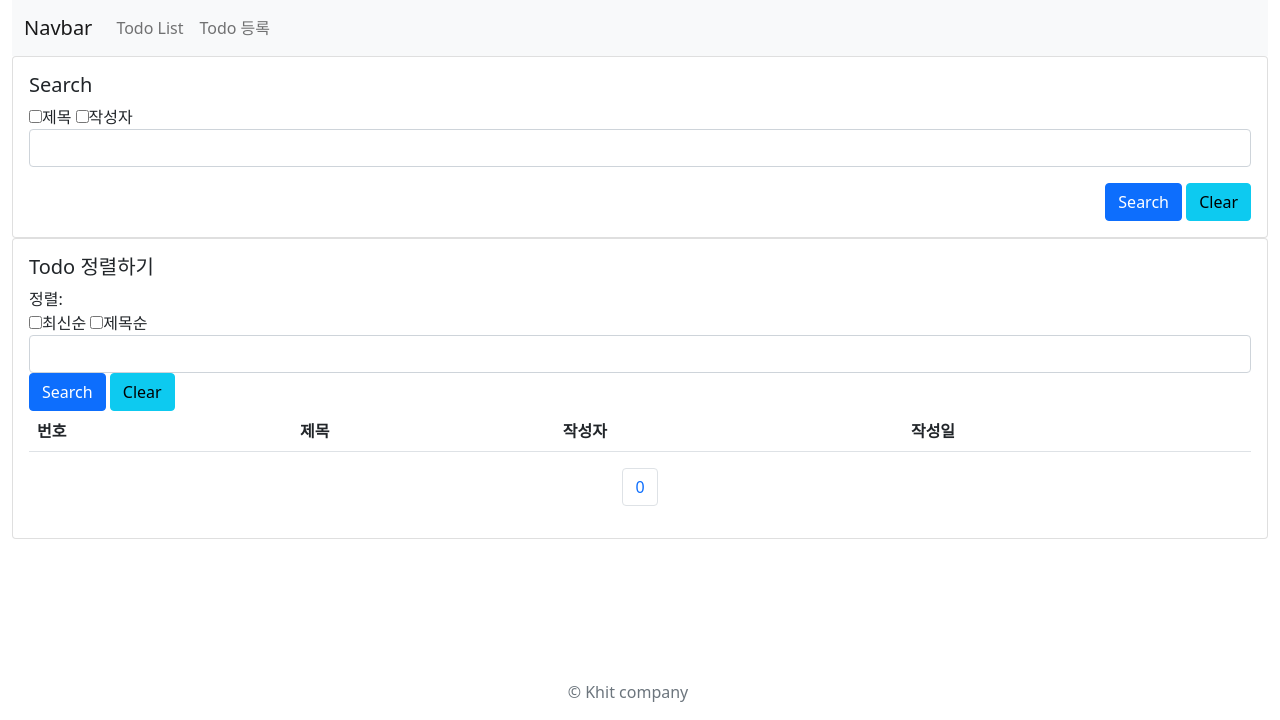
Repository: KyoungHwanJeong/springworks
Page: http://localhost/todoweb/WEB-INF/views/todo/list_sort.jsp
An editor plug-in stored every save of this project. The page is shown before and after the next save, followed by the edit.
The browser window is 1280 px wide. The pictures show the whole page.
The page is served by Tomcat 9. Nobody is signed in. The template is opened directly, without the code that normally fills it, so the values that code supplies are empty.

Above is the page before, as saved 2024-01-10 03:21:16.

After the next save:
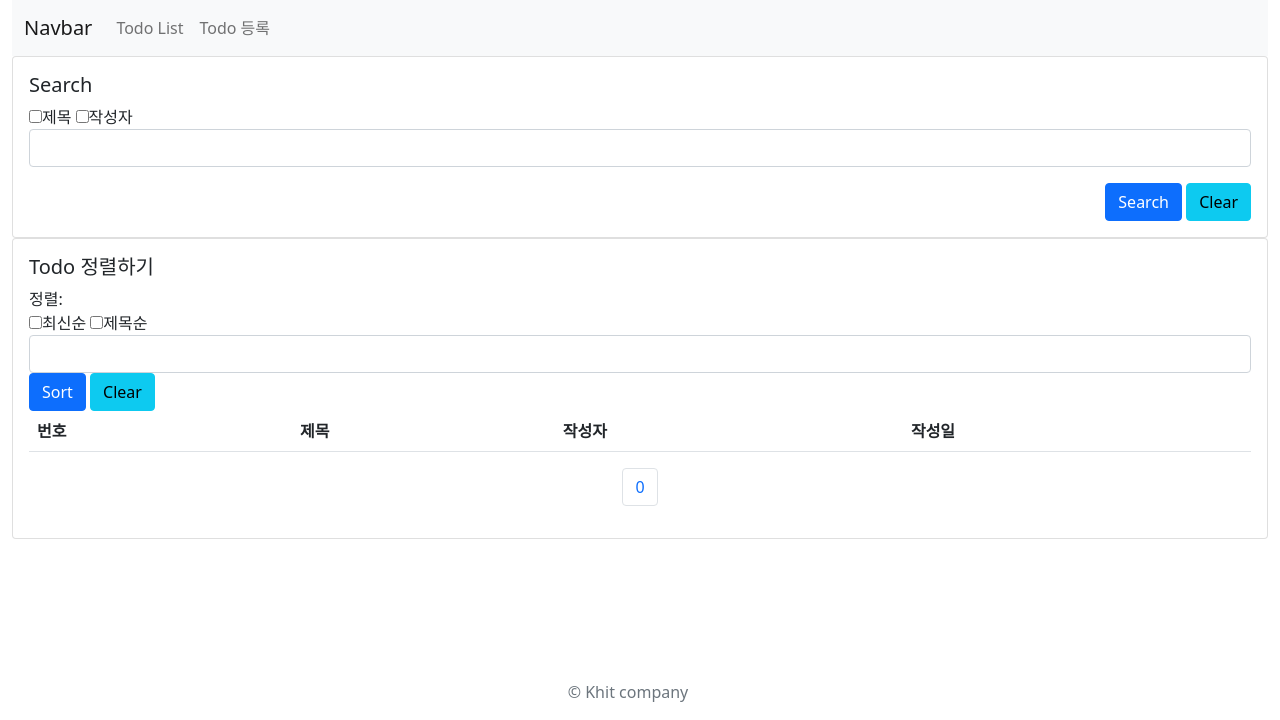
Saved 8 s later.
--- a/todoweb/src/main/webapp/WEB-INF/views/todo/list_sort.jsp
+++ b/todoweb/src/main/webapp/WEB-INF/views/todo/list_sort.jsp
@@ -51,7 +51,7 @@
 								<input type="text" name="keyword2" class="form-control">
 								</div>
 								<div>
-									<button type="submit" class="btn btn-primary">Search</button>
+									<button type="submit" class="btn btn-primary">Sort</button>
 									<button type="reset" class="btn btn-info">Clear</button>
 								</div>
 
